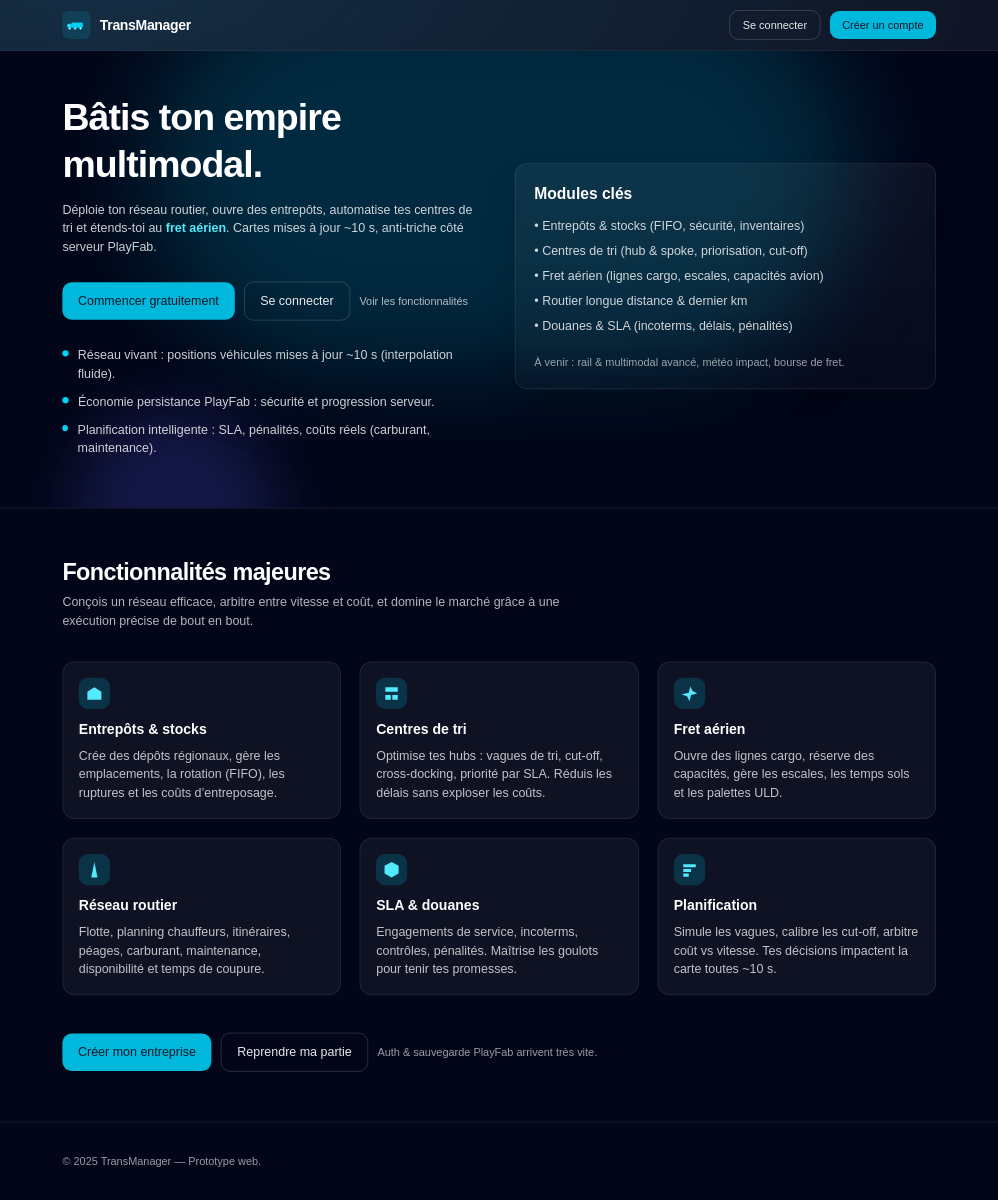
Repository: mathys65/transmanager
Page: /
An editor plug-in stored every save of this project. The page is shown before and after the next save, followed by the edit.
The browser window is 1280 px wide. The pictures show the whole page, at 78% of full size.
The project was rebuilt for these pictures with package versions that can differ from the ones it lists, and the page was loaded fresh each time. The framework's server and built-in components were replaced by stand-ins that run in the browser. Also part of the build but not shown: next.config.ts.

Above is the page before, as saved 2025-09-14 15:12:29.

### src/app/page.tsx
import Link from "next/link";
import Navbar from "@/components/Navbar";

export default function HomePage() {
  return (
    <main className="min-h-screen bg-slate-950 text-white">
      <Navbar />

      {/* Hero */}
      <section className="relative overflow-hidden">
        <div className="pointer-events-none absolute inset-0">
          <div className="absolute -top-24 left-1/2 h-[500px] w-[900px] -translate-x-1/2 rounded-full bg-cyan-500/20 blur-3xl"></div>
          <div className="absolute -bottom-32 left-24 h-64 w-64 rounded-full bg-indigo-500/20 blur-2xl"></div>
        </div>

        <div className="relative mx-auto max-w-6xl px-4 pb-16 pt-14">
          <div className="grid items-center gap-10 md:grid-cols-2">
            <div>
              <h1 className="text-4xl font-extrabold leading-tight tracking-tight md:text-5xl">
                Bâtis ton empire multimodal.
              </h1>
              <p className="mt-4 text-white/80">
                Déploie ton réseau routier, ouvre des entrepôts, automatise tes centres de tri
                et étends-toi au <span className="font-semibold text-cyan-300">fret aérien</span>.
                Cartes mises à jour ~10 s, anti-triche côté serveur PlayFab.
              </p>

              <div className="mt-8 flex flex-wrap items-center gap-3">
                <Link
                  href="/auth/signup"
                  className="rounded-xl bg-cyan-500 px-5 py-3 font-medium text-slate-900 transition hover:bg-cyan-400"
                >
                  Commencer gratuitement
                </Link>
                <Link
                  href="/auth/signin"
                  className="rounded-xl border border-white/20 px-5 py-3 font-medium text-white/90 transition hover:bg-white/10"
                >
                  Se connecter
                </Link>
                <a
                  href="#features"
                  className="text-sm text-white/70 underline-offset-4 hover:underline"
                >
                  Voir les fonctionnalités
                </a>
              </div>

              <ul className="mt-8 grid max-w-xl gap-3 text-white/80">
                {[
                  "Réseau vivant : positions véhicules mises à jour ~10 s (interpolation fluide).",
                  "Économie persistance PlayFab : sécurité et progression serveur.",
                  "Planification intelligente : SLA, pénalités, coûts réels (carburant, maintenance).",
                ].map((t) => (
                  <li key={t} className="flex items-start gap-3">
                    <span className="mt-[6px] inline-block h-2 w-2 rounded-full bg-cyan-400"></span>
                    <span>{t}</span>
                  </li>
                ))}
              </ul>
            </div>

            {/* Bloc visuel simple (remplace la fausse carte) */}
            <div className="relative">
              <div className="rounded-2xl border border-white/10 bg-gradient-to-b from-white/5 to-white/[0.02] p-6 shadow-2xl">
                <h3 className="text-xl font-semibold">Modules clés</h3>
                <ul className="mt-4 space-y-2 text-white/80">
                  <li>• Entrepôts & stocks (FIFO, sécurité, inventaires)</li>
                  <li>• Centres de tri (hub & spoke, priorisation, cut-off)</li>
                  <li>• Fret aérien (lignes cargo, escales, capacités avion)</li>
                  <li>• Routier longue distance & dernier km</li>
                  <li>• Douanes & SLA (incoterms, délais, pénalités)</li>
                </ul>
                <div className="mt-6 text-sm text-white/60">
                  À venir : rail & multimodal avancé, météo impact, bourse de fret.
                </div>
              </div>
              <div className="pointer-events-none absolute -inset-2 -z-10 rounded-3xl bg-cyan-500/10 blur-2xl"></div>
            </div>
          </div>
        </div>
      </section>

      {/* Features */}
      <section id="features" className="relative border-t border-white/10">
        <div className="mx-auto max-w-6xl px-4 py-16">
          <h2 className="text-2xl font-bold tracking-tight md:text-3xl">Fonctionnalités majeures</h2>
          <p className="mt-2 max-w-2xl text-white/70">
            Conçois un réseau efficace, arbitre entre vitesse et coût, et domine le marché grâce
            à une exécution précise de bout en bout.
          </p>

          <div className="mt-10 grid gap-6 md:grid-cols-3">
            <Feature
              title="Entrepôts & stocks"
              desc="Crée des dépôts régionaux, gère les emplacements, la rotation (FIFO), les ruptures et les coûts d’entreposage."
              icon={
                <svg viewBox="0 0 24 24" className="h-6 w-6" aria-hidden>
                  <path d="M3 10l9-6 9 6v10H3V10z" fill="currentColor" />
                </svg>
              }
            />
            <Feature
              title="Centres de tri"
              desc="Optimise tes hubs : vagues de tri, cut-off, cross-docking, priorité par SLA. Réduis les délais sans exploser les coûts."
              icon={
                <svg viewBox="0 0 24 24" className="h-6 w-6" aria-hidden>
                  <path d="M4 4h16v6H4zM4 14h7v6H4zM13 14h7v6h-7z" fill="currentColor" />
                </svg>
              }
            />
            <Feature
              title="Fret aérien"
              desc="Ouvre des lignes cargo, réserve des capacités, gère les escales, les temps sols et les palettes ULD."
              icon={
                <svg viewBox="0 0 24 24" className="h-6 w-6" aria-hidden>
                  <path d="M2 13l9-2 2-8 3 6 6 3-8 2-2 8-3-6-7-3z" fill="currentColor" />
                </svg>
              }
            />
            <Feature
              title="Réseau routier"
              desc="Flotte, planning chauffeurs, itinéraires, péages, carburant, maintenance, disponibilité et temps de coupure."
              icon={
                <svg viewBox="0 0 24 24" className="h-6 w-6" aria-hidden>
                  <path d="M12 2l4 20H8L12 2zM3 22h18" fill="currentColor" />
                </svg>
              }
            />
            <Feature
              title="SLA & douanes"
              desc="Engagements de service, incoterms, contrôles, pénalités. Maîtrise les goulots pour tenir tes promesses."
              icon={
                <svg viewBox="0 0 24 24" className="h-6 w-6" aria-hidden>
                  <path d="M12 2l9 5v10l-9 5-9-5V7l9-5z" fill="currentColor" />
                </svg>
              }
            />
            <Feature
              title="Planification"
              desc="Simule les vagues, calibre les cut-off, arbitre coût vs vitesse. Tes décisions impactent la carte toutes ~10 s."
              icon={
                <svg viewBox="0 0 24 24" className="h-6 w-6" aria-hidden>
                  <path d="M4 5h16v4H4zM4 11h10v4H4zM4 17h7v4H4z" fill="currentColor" />
                </svg>
              }
            />
          </div>

          <div className="mt-12 flex flex-wrap items-center gap-3">
            <Link
              href="/auth/signup"
              className="rounded-xl bg-cyan-500 px-5 py-3 font-medium text-slate-900 transition hover:bg-cyan-400"
            >
              Créer mon entreprise
            </Link>
            <Link
              href="/auth/signin"
              className="rounded-xl border border-white/20 px-5 py-3 font-medium text-white/90 transition hover:bg-white/10"
            >
              Reprendre ma partie
            </Link>
            <span className="text-sm text-white/60">
              Auth & sauvegarde PlayFab arrivent très vite.
            </span>
          </div>
        </div>
      </section>

      {/* Footer */}
      <footer className="border-t border-white/10 py-10">
        <div className="mx-auto max-w-6xl px-4 text-sm text-white/60">
          © {new Date().getFullYear()} TransManager — Prototype web.
        </div>
      </footer>
    </main>
  );
}

function Feature({
  title,
  desc,
  icon,
}: {
  title: string;
  desc: string;
  icon: React.ReactNode;
}) {
  return (
    <div className="group rounded-2xl border border-white/10 bg-white/5 p-5 transition hover:border-cyan-400/50 hover:bg-white/[0.08]">
      <div className="mb-3 inline-flex items-center justify-center rounded-xl bg-cyan-500/20 p-2 text-cyan-300">
        {icon}
      </div>
      <h3 className="text-lg font-semibold">{title}</h3>
      <p className="mt-2 text-white/75">{desc}</p>
    </div>
  );
}

### src/components/Navbar.tsx
"use client";

import Link from "next/link";

export default function Navbar() {
  return (
    <header className="sticky top-0 z-40 w-full border-b border-white/10 bg-[radial-gradient(1200px_400px_at_10%_-20%,rgba(56,189,248,0.15),transparent),linear-gradient(to_right,rgba(17,24,39,0.85),rgba(17,24,39,0.85))] backdrop-blur">
      <div className="mx-auto flex h-16 max-w-6xl items-center justify-between px-4">
        <Link href="/" className="flex items-center gap-3">
          {/* Logo : camion minimaliste */}
          <div className="inline-flex h-9 w-9 items-center justify-center rounded-lg bg-cyan-500/15">
            <svg
              viewBox="0 0 64 32"
              width="28"
              height="28"
              fill="none"
              stroke="currentColor"
              strokeWidth="2"
              className="text-cyan-400"
            >
              {/* Cabine */}
              <rect x="6" y="14" width="12" height="9" rx="1.5" fill="currentColor" />
              {/* Fenêtre cabine */}
              <rect x="7.5" y="15.5" width="5" height="4" rx="0.5" fill="white" />
              {/* Remorque */}
              <rect x="18" y="10" width="32" height="13" rx="2" fill="currentColor" />
              {/* Roues */}
              <circle cx="12" cy="26" r="3" fill="white" stroke="currentColor" strokeWidth="2" />
              <circle cx="28" cy="26" r="3" fill="white" stroke="currentColor" strokeWidth="2" />
              <circle cx="44" cy="26" r="3" fill="white" stroke="currentColor" strokeWidth="2" />
            </svg>
          </div>
          <span className="text-lg font-semibold tracking-tight text-white">TransManager</span>
        </Link>

        <nav className="flex items-center gap-3">
          <Link
            href="/auth/signin"
            className="rounded-xl border border-white/20 px-4 py-2 text-sm text-white/90 transition hover:bg-white/10"
          >
            Se connecter
          </Link>
          <Link
            href="/auth/signup"
            className="rounded-xl bg-cyan-500 px-4 py-2 text-sm font-medium text-slate-900 transition hover:bg-cyan-400"
          >
            Créer un compte
          </Link>
        </nav>
      </div>
    </header>
  );
}

Loaded but not shown: src/app/layout.tsx (common file); src/app/globals.css (common file)

After the next save:
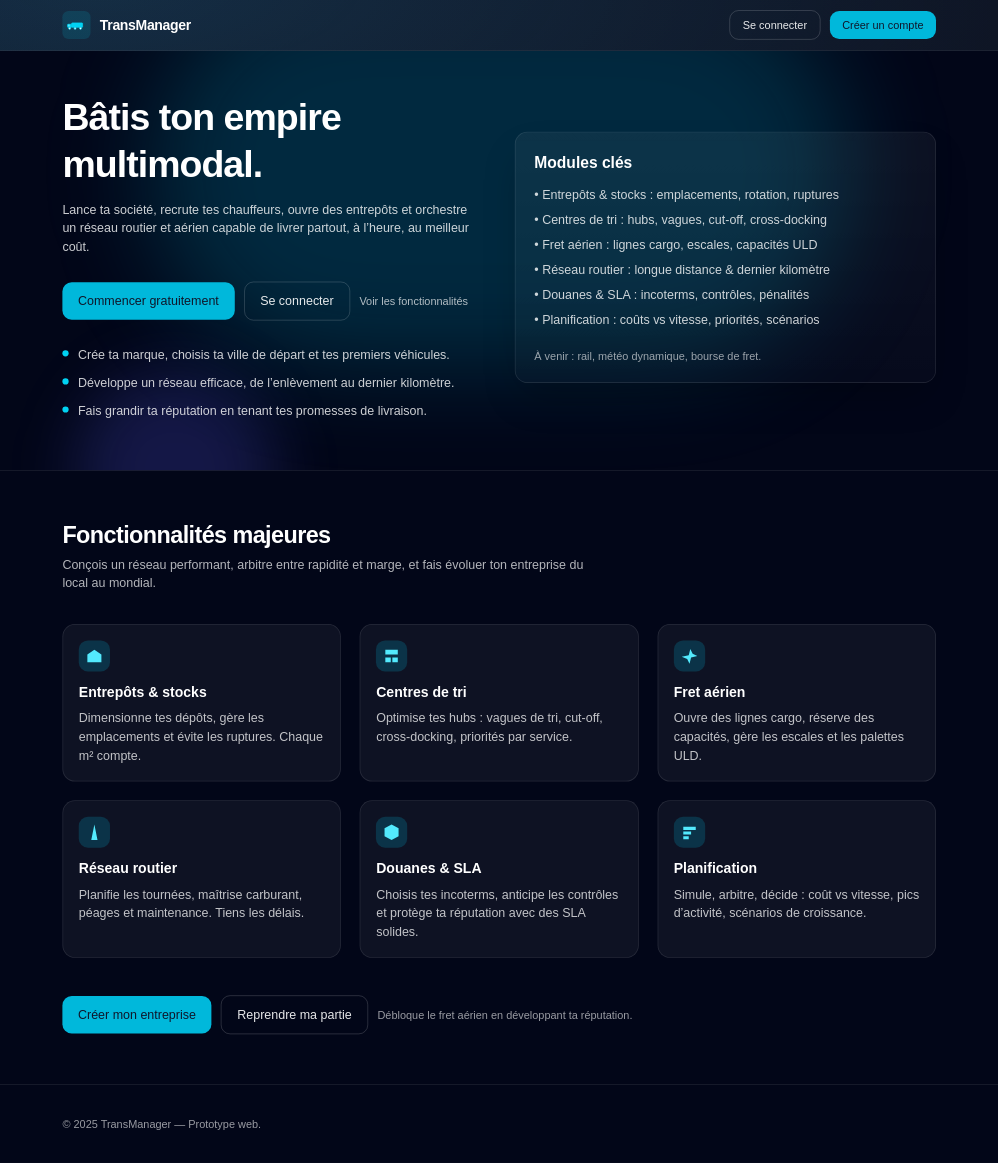
Saved 2 min 48 s later.
--- a/src/app/page.tsx
+++ b/src/app/page.tsx
@@ -20,9 +20,8 @@ export default function HomePage() {
                 Bâtis ton empire multimodal.
               </h1>
               <p className="mt-4 text-white/80">
-                Déploie ton réseau routier, ouvre des entrepôts, automatise tes centres de tri
-                et étends-toi au <span className="font-semibold text-cyan-300">fret aérien</span>.
-                Cartes mises à jour ~10 s, anti-triche côté serveur PlayFab.
+                Lance ta société, recrute tes chauffeurs, ouvre des entrepôts et orchestre un réseau
+                routier et aérien capable de livrer partout, à l’heure, au meilleur coût.
               </p>
 
               <div className="mt-8 flex flex-wrap items-center gap-3">
@@ -48,9 +47,9 @@ export default function HomePage() {
 
               <ul className="mt-8 grid max-w-xl gap-3 text-white/80">
                 {[
-                  "Réseau vivant : positions véhicules mises à jour ~10 s (interpolation fluide).",
-                  "Économie persistance PlayFab : sécurité et progression serveur.",
-                  "Planification intelligente : SLA, pénalités, coûts réels (carburant, maintenance).",
+                  "Crée ta marque, choisis ta ville de départ et tes premiers véhicules.",
+                  "Développe un réseau efficace, de l’enlèvement au dernier kilomètre.",
+                  "Fais grandir ta réputation en tenant tes promesses de livraison.",
                 ].map((t) => (
                   <li key={t} className="flex items-start gap-3">
                     <span className="mt-[6px] inline-block h-2 w-2 rounded-full bg-cyan-400"></span>
@@ -60,19 +59,20 @@ export default function HomePage() {
               </ul>
             </div>
 
-            {/* Bloc visuel simple (remplace la fausse carte) */}
+            {/* Bloc visuel simple (modules clés) */}
             <div className="relative">
               <div className="rounded-2xl border border-white/10 bg-gradient-to-b from-white/5 to-white/[0.02] p-6 shadow-2xl">
                 <h3 className="text-xl font-semibold">Modules clés</h3>
                 <ul className="mt-4 space-y-2 text-white/80">
-                  <li>• Entrepôts & stocks (FIFO, sécurité, inventaires)</li>
-                  <li>• Centres de tri (hub & spoke, priorisation, cut-off)</li>
-                  <li>• Fret aérien (lignes cargo, escales, capacités avion)</li>
-                  <li>• Routier longue distance & dernier km</li>
-                  <li>• Douanes & SLA (incoterms, délais, pénalités)</li>
+                  <li>• Entrepôts & stocks : emplacements, rotation, ruptures</li>
+                  <li>• Centres de tri : hubs, vagues, cut-off, cross-docking</li>
+                  <li>• Fret aérien : lignes cargo, escales, capacités ULD</li>
+                  <li>• Réseau routier : longue distance & dernier kilomètre</li>
+                  <li>• Douanes & SLA : incoterms, contrôles, pénalités</li>
+                  <li>• Planification : coûts vs vitesse, priorités, scénarios</li>
                 </ul>
                 <div className="mt-6 text-sm text-white/60">
-                  À venir : rail & multimodal avancé, météo impact, bourse de fret.
+                  À venir : rail, météo dynamique, bourse de fret.
                 </div>
               </div>
               <div className="pointer-events-none absolute -inset-2 -z-10 rounded-3xl bg-cyan-500/10 blur-2xl"></div>
@@ -86,14 +86,14 @@ export default function HomePage() {
         <div className="mx-auto max-w-6xl px-4 py-16">
           <h2 className="text-2xl font-bold tracking-tight md:text-3xl">Fonctionnalités majeures</h2>
           <p className="mt-2 max-w-2xl text-white/70">
-            Conçois un réseau efficace, arbitre entre vitesse et coût, et domine le marché grâce
-            à une exécution précise de bout en bout.
+            Conçois un réseau performant, arbitre entre rapidité et marge, et fais évoluer ton
+            entreprise du local au mondial.
           </p>
 
           <div className="mt-10 grid gap-6 md:grid-cols-3">
             <Feature
               title="Entrepôts & stocks"
-              desc="Crée des dépôts régionaux, gère les emplacements, la rotation (FIFO), les ruptures et les coûts d’entreposage."
+              desc="Dimensionne tes dépôts, gère les emplacements et évite les ruptures. Chaque m² compte."
               icon={
                 <svg viewBox="0 0 24 24" className="h-6 w-6" aria-hidden>
                   <path d="M3 10l9-6 9 6v10H3V10z" fill="currentColor" />
@@ -102,7 +102,7 @@ export default function HomePage() {
             />
             <Feature
               title="Centres de tri"
-              desc="Optimise tes hubs : vagues de tri, cut-off, cross-docking, priorité par SLA. Réduis les délais sans exploser les coûts."
+              desc="Optimise tes hubs : vagues de tri, cut-off, cross-docking, priorités par service."
               icon={
                 <svg viewBox="0 0 24 24" className="h-6 w-6" aria-hidden>
                   <path d="M4 4h16v6H4zM4 14h7v6H4zM13 14h7v6h-7z" fill="currentColor" />
@@ -111,7 +111,7 @@ export default function HomePage() {
             />
             <Feature
               title="Fret aérien"
-              desc="Ouvre des lignes cargo, réserve des capacités, gère les escales, les temps sols et les palettes ULD."
+              desc="Ouvre des lignes cargo, réserve des capacités, gère les escales et les palettes ULD."
               icon={
                 <svg viewBox="0 0 24 24" className="h-6 w-6" aria-hidden>
                   <path d="M2 13l9-2 2-8 3 6 6 3-8 2-2 8-3-6-7-3z" fill="currentColor" />
@@ -120,7 +120,7 @@ export default function HomePage() {
             />
             <Feature
               title="Réseau routier"
-              desc="Flotte, planning chauffeurs, itinéraires, péages, carburant, maintenance, disponibilité et temps de coupure."
+              desc="Planifie les tournées, maîtrise carburant, péages et maintenance. Tiens les délais."
               icon={
                 <svg viewBox="0 0 24 24" className="h-6 w-6" aria-hidden>
                   <path d="M12 2l4 20H8L12 2zM3 22h18" fill="currentColor" />
@@ -128,8 +128,8 @@ export default function HomePage() {
               }
             />
             <Feature
-              title="SLA & douanes"
-              desc="Engagements de service, incoterms, contrôles, pénalités. Maîtrise les goulots pour tenir tes promesses."
+              title="Douanes & SLA"
+              desc="Choisis tes incoterms, anticipe les contrôles et protège ta réputation avec des SLA solides."
               icon={
                 <svg viewBox="0 0 24 24" className="h-6 w-6" aria-hidden>
                   <path d="M12 2l9 5v10l-9 5-9-5V7l9-5z" fill="currentColor" />
@@ -138,7 +138,7 @@ export default function HomePage() {
             />
             <Feature
               title="Planification"
-              desc="Simule les vagues, calibre les cut-off, arbitre coût vs vitesse. Tes décisions impactent la carte toutes ~10 s."
+              desc="Simule, arbitre, décide : coût vs vitesse, pics d’activité, scénarios de croissance."
               icon={
                 <svg viewBox="0 0 24 24" className="h-6 w-6" aria-hidden>
                   <path d="M4 5h16v4H4zM4 11h10v4H4zM4 17h7v4H4z" fill="currentColor" />
@@ -161,7 +161,7 @@ export default function HomePage() {
               Reprendre ma partie
             </Link>
             <span className="text-sm text-white/60">
-              Auth & sauvegarde PlayFab arrivent très vite.
+              Débloque le fret aérien en développant ta réputation.
             </span>
           </div>
         </div>
